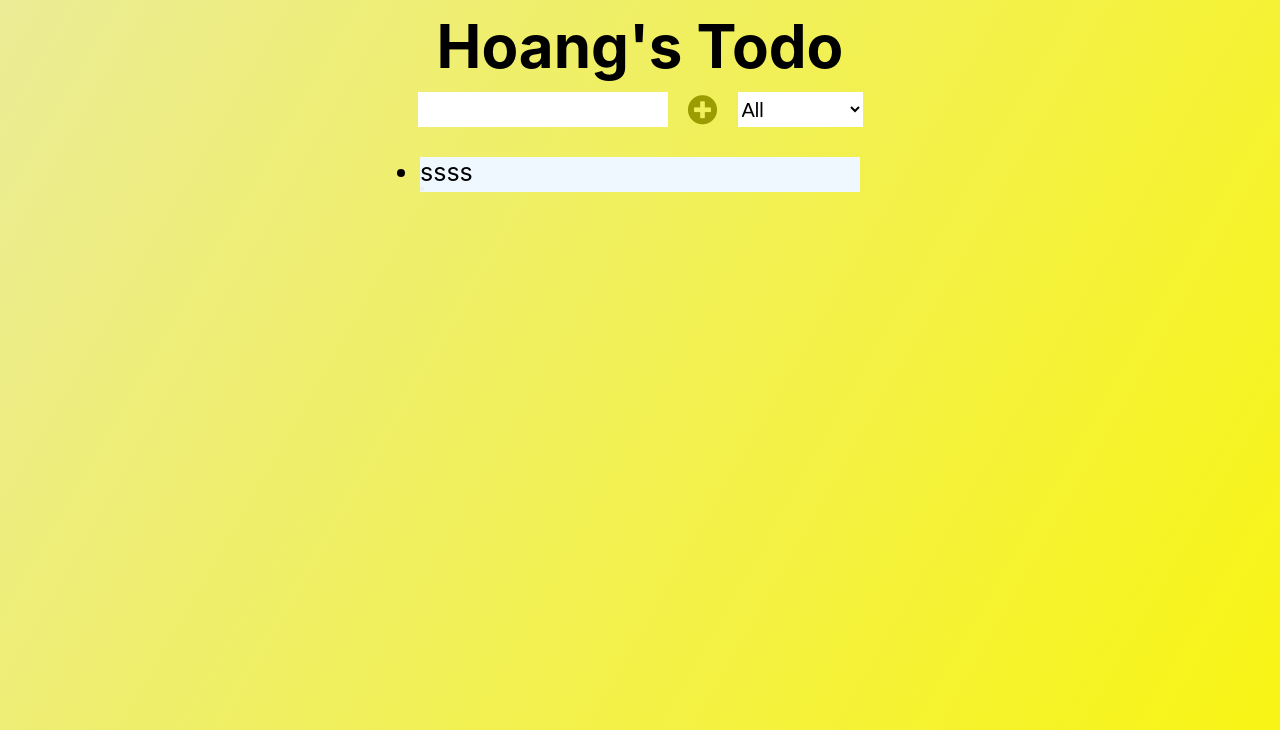
Repository: DinhHoang0607/TodoReact
Page: /
These files come from the project's save history. The page is drawn as it stood at one moment and after the next save; the edit follows.
The browser window is 1280 px wide. The pictures show the whole page.
Some web libraries are served in a nearby version. The project was rebuilt for these pictures with package versions that can differ from the ones it lists, and the page was loaded fresh each time.

Above is the page before, as saved 2021-09-10 11:32:53.

### public/index.html
<!DOCTYPE html>
<html lang="en">
  <head>
    <meta charset="utf-8" />
    <link rel="icon" href="%PUBLIC_URL%/favicon.ico" />
    <meta name="viewport" content="width=device-width, initial-scale=1" />
    <meta name="theme-color" content="#000000" />
    <meta
      name="description"
      content="Web site created using create-react-app"
    />
    <link rel="apple-touch-icon" href="%PUBLIC_URL%/logo192.png" />
    <!--
      manifest.json provides metadata used when your web app is installed on a
      user's mobile device or desktop. See https://developers.google.com/web/fundamentals/web-app-manifest/
    -->
    <link rel="stylesheet" href="https://pro.fontawesome.com/releases/v5.10.0/css/all.css" integrity="sha384-AYmEC3Yw5cVb3ZcuHtOA93w35dYTsvhLPVnYs9eStHfGJvOvKxVfELGroGkvsg+p" crossorigin="anonymous"/>
    <link rel="manifest" href="%PUBLIC_URL%/manifest.json" />
    <!--
      Notice the use of %PUBLIC_URL% in the tags above.
      It will be replaced with the URL of the `public` folder during the build.
      Only files inside the `public` folder can be referenced from the HTML.

      Unlike "/favicon.ico" or "favicon.ico", "%PUBLIC_URL%/favicon.ico" will
      work correctly both with client-side routing and a non-root public URL.
      Learn how to configure a non-root public URL by running `npm run build`.
    -->
    <title>React App</title>
  </head>
  <body>
    <noscript>You need to enable JavaScript to run this app.</noscript>
    <div id="root"></div>
    <!--
      This HTML file is a template.
      If you open it directly in the browser, you will see an empty page.

      You can add webfonts, meta tags, or analytics to this file.
      The build step will place the bundled scripts into the <body> tag.

      To begin the development, run `npm start` or `yarn start`.
      To create a production bundle, use `npm run build` or `yarn build`.
    -->
  </body>
</html>

### src/App.js
import "./App.css";
import React, { useState } from "react";
import Form from "./components/Form";
import List from "./components/List";
function App() {
  const [inputText, setInputText] = useState("");
  const [listItem, setListItem] = useState([]);
  return (
    <div className="App">
      <header>
        <h1>Hoang's Todo</h1>
      </header>
      <Form
        listItem={listItem}
        setListItem={setListItem}
        setInputText={setInputText}
        inputText={inputText}
      />
      <List inputText={inputText} />
    </div>
  );
}

export default App;

### src/App.css
*,
*::before,
*::after {
  box-sizing: border-box;
  padding: 0;
  margin: 0;
}
html {
  font-size: 62.5%;
}
body {
  width: 100%;
  height: 100vh;
  background-image: linear-gradient(120deg, #ebec96 0%, #f8f414 100%);
}
header {
  font-size: 3rem;
  margin: 1rem auto;
}
header,
form {
  display: flex;
  justify-content: center;
  align-items: center;
}
.form__input {
  width: 25rem;
  height: 3.5rem;
  border: none;
  background: white;
}
.btn {
  cursor: pointer;
  display: flex;
  justify-content: center;
}
.form__btn {
  color: #9a9c01;
  margin: auto 2rem;
  /* width: 3.5rem;
  height: 3.5rem; */
  /* border-radius: 50%; */
  font-size: 3rem;
  border: none;
  transition: all 0.3s ease;
  background: none;
}
.form__btn:hover {
  color: rgb(27, 247, 255);
}
.select__item {
  width: 12.5rem;
  height: 3.5rem;
  border: none;
  background: white;
  font-size: 2rem;
}
.select__item,
option {
  cursor: pointer;
}
.container {
  display: flex;
  justify-content: center;
  align-items: center;
}
.list {
  height: 3.5rem;
  /* min-width: 30%; */
  width: 44rem;
  background-color: aliceblue;
  font-size: 2.5rem;
  margin-bottom: 1.5rem;
}
.list:nth-child(1){
  margin-top: 3rem;
}

### src/components/Form.js
import React from "react";
const Form = ({ inputText, setInputText, listItem, setListItem }) => {
  const handleAddItem = (e) => {
    setInputText(e.target.value);
    console.log(e.target.value);
  };
  const handleSubmit = (e) => {
    e.preventDefault();
    setListItem([...listItem, {
      id: (Date.now() + "").slice(-10),
      status: false,
      text: inputText,
    }]);
      setInputText('')
  };
  return (
    <form className="form">
      <input value={inputText} onChange={handleAddItem} type="text" className="form__input" />
      <button className="form__btn btn" onClick={handleSubmit} type="submit">
        <i class="fas fa-plus-circle"></i>
      </button>
      <div className="form__select">
        <select name="items" className="select__item">
          <option value="all" selected="selected">
            All
          </option>
          <option value="completed">Completed</option>
          <option value="inProcess">InProcess</option>
        </select>
      </div>
    </form>
  );
};

export default Form;

### src/components/List.js
import React from "react";
import Item from "./Item";

const List = ({ inputText }) => {
  return (
    <div className="container">
      <ul className="list">
        <Item />
      </ul>
    </div>
  );
};

export default List;

### src/components/Item.js
import React from "react";

const Item = ({ listItem }) => {
    return (
        <div className='item'>
            <li className='item__li'>ssss</li>
            <button className='btn item__btn'></button>
        </div>
    )

};

export default Item;

Loaded but not shown: src/index.js (common file); src/index.css (common file); src/reportWebVitals.js (common file)

After the next save:
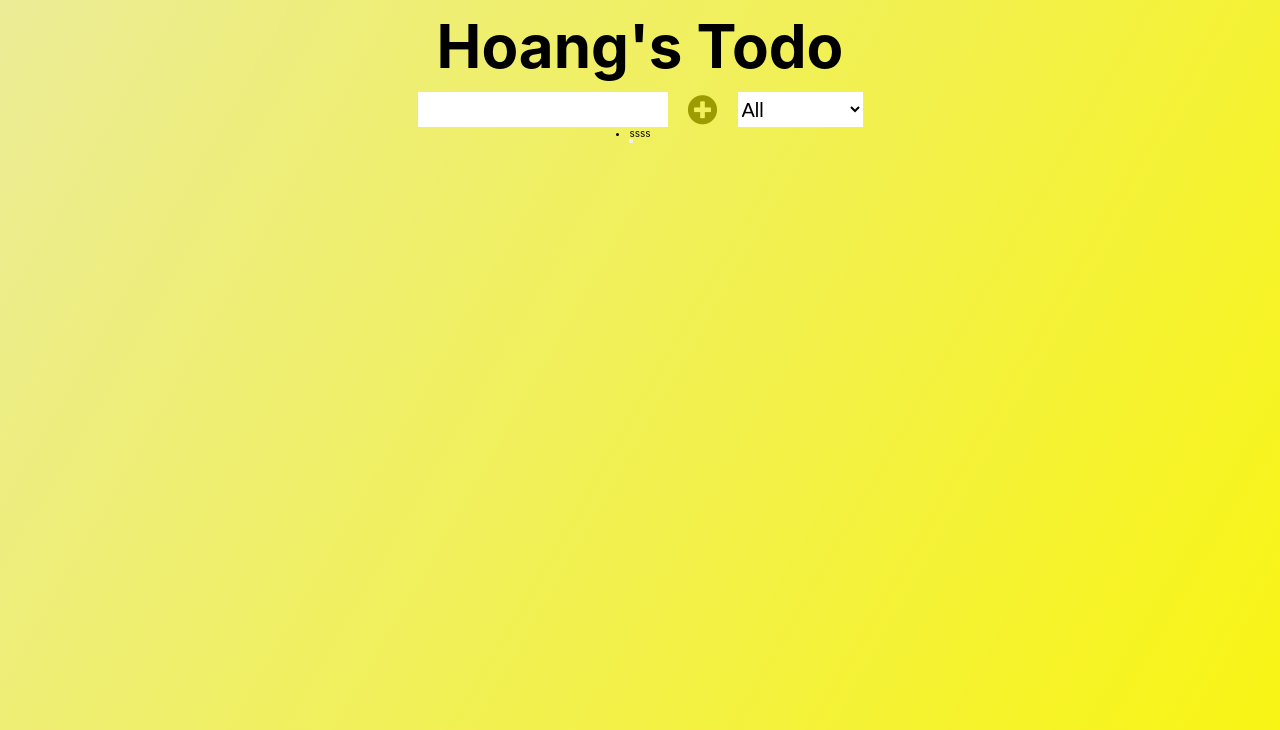
Saved 19 s later.
--- a/src/App.css
+++ b/src/App.css
@@ -64,14 +64,14 @@ option {
   justify-content: center;
   align-items: center;
 }
-.list {
+/* .list {
   height: 3.5rem;
   /* min-width: 30%; */
   width: 44rem;
   background-color: aliceblue;
   font-size: 2.5rem;
   margin-bottom: 1.5rem;
-}
+} */
 .list:nth-child(1){
   margin-top: 3rem;
 }
